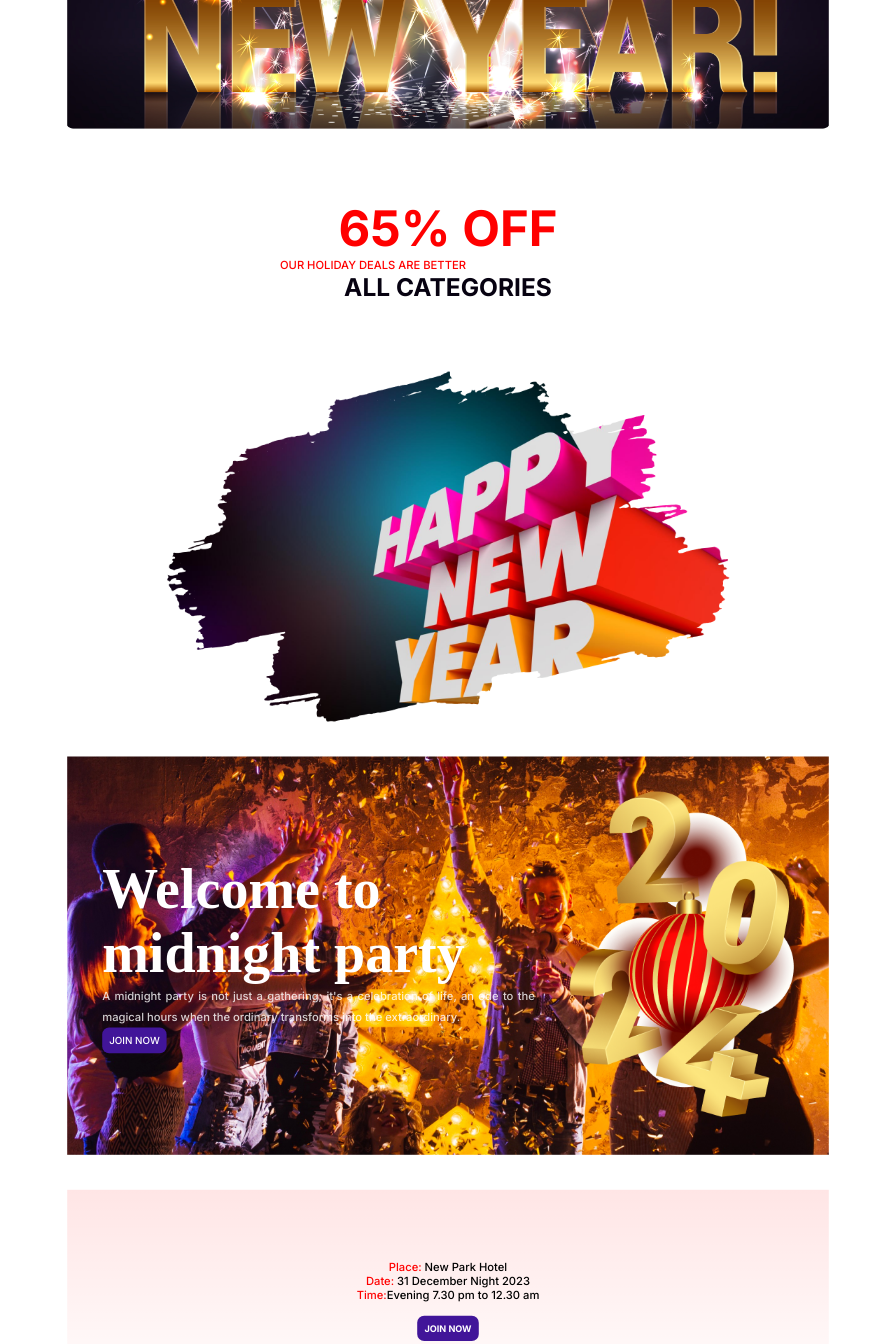
Repository: sumonkumarsarkar/new-year-2024
Page: index.html
The author's editor kept a copy of each file at every save. The page is drawn from the files as they stood at one save, then again after the next save.
The browser window is 1280 px wide. The pictures show the part of the page from y = 364 to 2284 px (the page is 5583 px tall before and 5433 px after), at 70% of full size.

Above is the page before, as saved 2024-01-08 19:37:46.

### index.html
<!DOCTYPE html>
<html lang="en">
  <head>
    <meta charset="UTF-8" />
    <meta name="viewport" content="width=device-width, initial-scale=1.0" />
    <title>Happy Nwe Year-2024</title>
    <link rel="preconnect" href="https://fonts.googleapis.com" />
    <link rel="preconnect" href="https://fonts.gstatic.com" crossorigin />
    <link
      href="https://fonts.googleapis.com/css2?family=Inter:wght@100;200;300;500;600;700&display=swap"
      rel="stylesheet"
    />

    <link rel="stylesheet" href="https://cdnjs.cloudflare.com/ajax/libs/font-awesome/6.5.1/css/all.min.css" integrity="sha512-DTOQO9RWCH3ppGqcWaEA1BIZOC6xxalwEsw9c2QQeAIftl+Vegovlnee1c9QX4TctnWMn13TZye+giMm8e2LwA==" crossorigin="anonymous" referrerpolicy="no-referrer" />
    <link rel="stylesheet" href="/style.css" />
  </head>
  <body>
    <!-- banner-section start  -->
    <header>
      <div class="container banner">
        <div class="heading-text">
          <h4>Happy New Year</h4>
          <h3>New Year Party Celebration</h3>
        </div>
      </div>
    </header>
    <!-- banner-section end  -->

    <!-- holiday deal start  -->
    <section id="holiday-deal">
      <div class="container-holiday">
        <div class="holiday-text">
          <h2>65% OFF</h2>
          <p>OUR HOLIDAY DEALS ARE BETTER</p>
          <h4>ALL CATEGORIES</h4>
        </div>
        <div class="holiday-img">
          <img src="./image/New Year Photo.png" alt="" />
        </div>
      </div>
    </section>
    <!-- holiday deal end  -->

    <section id="midnight-section">
      <div class="container midnight-banner">
        <div class="midnight-content">
          <div class="midnight-text">
            <h3>Welcome to midnight party</h3>
            <p>
                A midnight party is not just a gathering; it's a celebration of life, an ode to the magical hours when the ordinary transforms into the extraordinary.
            </p>
            <button type="button">JOIN NOW</button>
          </div>
          <div class="midmight-img">
            <img src="./image/Group 70.png" alt="" />
          </div>
        </div>
      </div>
    </section>

     <!-- park hotel start  -->
<section id="park-hotel">
    <div class="container park-hotel-text">
     <p>  <span>Place:</span> New Park Hotel</p>
     <p><span>Date:</span> 31 December Night 2023</p>
     <p><span>Time:</span>Evening 7.30 pm to 12.30 am</p>
     <button class="park-hotel-button" type="button">JOIN NOW</button>
    </div>
</section>
 <!-- park hotel end  -->


 <!-- best offer start  -->
 <section id="best-offer">
    <div class="container best-banner">
        <div class="best-offer-text">
            <div class="offer-text">
                <h5>NEW BEST OFFER</h5>
                <h4>Coming Soon</h4>
                <p>As you step into the promising embrace of the new year, let our Best Offer be your guide to a year filled with excitement, luxury, and savings.</p>
            </div>
            <div class="offer-img">
                <img src="./image/Ellipse 1.png" alt="">
            </div>
            <div class="offer-text-img">
                <h3>2024</h3>
                <p>Prioritize your well-being in 2024 with our Wellness and Self-Care Packages</p>
                <img src="./image/Group 96.png" alt="">
            </div>

        </div>
    </div>
 </section>

 <!-- best offer end  -->

 <!-- holiday best offer start  -->

 <section id="holiday-offer">
    <div class="container">
        <div class="holiday-offer-text">
            <h5>WHAT IS FUNCTIONAL</h5>
            <h3><span>Holidays</span> Sale 50%</h3>
            <p>Step into the holiday gatherings in style with our Festive Fashion Flourish. Enjoy a fabulous 50% off on the latest trends in clothing, accessories, and party wear. Whether you're attending a virtual celebration or a cozy family get-together, make a statement with your holiday wardrobe while enjoying significant savings.</p>
        </div>

        <div class="holiday-img">
            <div class="div3">
                <img src="./image/Group 75.png" alt="">
            </div>
            <div class="div1">
                <img src="./image/Group 44.png" alt="">
            </div>
            <div class="div2">
                <img src="./image/Rectangle 1.png" alt="">
            </div>
            <div class="div4">
                <img src="./image/Rectangle 2.png" alt="">
            </div>
        </div>

    </div>
 </section>
 <!-- holiday best offer end  -->

 <!-- portfolio section start  -->

<section id="fortfolio">
    <div class="container">
        <div class="protfolio-text-image">
            <div class="protfolio-text">
                   <h5>THE BEST GIFTS</h5>
                   <h4>Our Awesome  Fashion shop</h4>
                   <p>Great! Based on our fashion shop items, specializing in shoes and bags, how about the name "SoleStyle & Carry Chic"? This name reflects the combination of footwear (sole) and fashionable accessories (carry chic). If you have any specific themes, styles, or preferences, feel free to provide more details for a more personalized suggestion! </p>
            </div>
            <div class="protfolio-image">
                <div class="image-div">
                    <img src="./image/Rectangle 3.png" alt="">
                    <img src="./image/Rectangle 4.png" alt="">
                    <img src="./image/Rectangle 5.png" alt="">
                </div>
                <div class="image-div">
                    <img src="./image/Rectangle 6.png" alt="">
                    <img src="./image/Rectangle 7.png" alt="">
                    <img src="./image/Rectangle 8.png" alt="">
                </div>

            </div>
        </div>
    </div>
</section>
 <!-- portfolio section end -->



 <section id="subscribe">
    <div class="container subscribe-banner">
        <div class="subscribe-content">
           <div class="subscribe-image">
            <img src="./image/Group 61.png" alt="">
           </div>
           <div class="subscribe-text">
            <h3>Subscribe Newsletter</h3>
            <p>As a subscriber, you gain access to exclusive designs and limited editions that are not available to the general public. Be the first to flaunt the latest releases and showcase your fashion-forward sensibilities. With our subscription, you're not just following trends; you're setting them.</p>
           </div>

           <div class="subscribe-input">
            <input  type="email" placeholder="user@gmail.com">
            <button class="subscribe-button" type="submit">subscribe</button>
           </div>
        </div>
    </div>
 </section>

 <footer>
    <div class="footer-cntainer">
        <div class="footer-text">
            <div class="nornal-text">
                <p>44, Big Building Roosevelt Street</p>
                    <p>Beach Gardens Florida 33410</p>
            </div>
            <div class="icon-text">
                <p><span><i class="fa-solid fa-phone"></i></span> +00 123 584 124</p>
                <p><span><i class="fa-solid fa-globe"></i></span>www.website.com</p>
            </div>
        </div>
        <hr>
        <div class="icon-img">
           <img src="./image/Facebook.png" alt="">
           <img src="./image/Instagram.png" alt="">
           <img src="./image/Twitter.png" alt="">
           <img src="./image/Linkedin.png" alt="">
        </div>
       <div class="footer-last-text">
         <p>017, All Rights Reserved</p>
          <p>unsubscribe</p>
       </div>

    </div>
 </footer>


  </body>
</html>

### style.css
* {
    margin: 0;
    padding: 0;
}

body {
    font-family: "Inter", sans-serif;
    width:100%;
    max-width:1320px;
}

/* banner section end  */
.container{
    max-width:1240px;
    width: 85%;
    margin: 50px auto;
}

.banner {
    background-image: url(./image/Banner\ Image.png);
    background-position: center;
    background-repeat: no-repeat;
    background-size: cover;
}

.heading-text {
    text-align: center;
    justify-content: center;
    padding: 177px 300px;
}

.heading-text h3 {
    color: #fff;
    text-align: center;
    font-family: Merriweather;
    font-size: 50px;
    font-style: normal;
    font-weight: 900;
}

.heading-text h4 {
    color: #fff;
    text-align: center;
    font-family: Merriweather;
    font-size: 25px;
    font-style: normal;
    font-weight: 400;
    line-height: normal;
}

/* banner section end  */

/* holiday -section start  */
.container-holiday {

    max-width:680px;
    margin: 0 auto;
}

 .holiday-text {
   text-align:center;
    max-width:680px;
    margin:0 auto;
    padding: 50px 50px;
    margin: 50px;
}

.holiday-text h2 {
    color: #f00;
    text-align: center;
    font-family: Inter;
    font-size: 70px;
    font-style: normal;
    font-weight: 700;
    line-height: normal;
}

.holiday-text p {
    color: #f00;

    text-align: center;
    font-family: Inter;
    font-size: 16px;
    font-style: normal;
    font-weight: 500;
    line-height: normal;
    text-align: justify;
}

.holiday-text h4 {
    color: #070211;

    text-align: center;
    font-family: Inter;
    font-size: 35px;
    font-style: normal;
    font-weight: 700;
    line-height: normal;
}

.holiday-img {
    text-align: center;
    justify-content: center;
    width: 680px;
    height: 500px;
}

/* holiday -section start  */

/* midnight party start  */

.midnight-banner {
    background-image: url("./image/Vectorrr.png");
    background-position: center;
    background-repeat: no-repeat;
    background-size: cover;
}

.midnight-content {
    display: flex;
    justify-content: space-between;
    align-items: center;
}

.midnight-text {
    padding: 50px 0px 50px 50px;
    align-items: center;
}

.midnight-text h3 {
    align-items: center;
    color: #fff;
    font-family: Merriweather;
    font-size: 80px;
    font-style: normal;
    font-weight: 900;


}

.midnight-text p {
color: rgba(255, 255, 255, 0.80);
font-family: Inter;
font-size: 16px;
font-style: normal;
font-weight: 400;
line-height: 30px;
text-align: justify;
}

button {
    color: #FFF;
    text-align:center;
    font-family: Inter;
    font-size: 14px;
    font-style:normal;
    font-weight: 400;
    line-height: normal;
    text-transform:uppercase;
    background:#411599;
    border-radius: 10px;
    border:none;
    padding: 10px 10px;
}
button:hover{
    background: skyblue;
    transition: 1s;

}

.midmight-img{
    padding:50px 50px ;
}

/* midnight party end */




/* park hotel start */

.park-hotel-text{
 background: linear-gradient(180deg, rgba(255, 0, 0, 0.10) 0%, rgba(255, 0, 0, 0.00) 100%);
 text-align: center;
 margin:0 auto;
 padding: 100px 0px;
}

.park-hotel-button{
color: #FFF;
text-align: center;
font-family: Inter;
font-size: 13px;
font-style: normal;
font-weight: 700;
line-height: normal;
text-transform: uppercase;
background:#411599;
margin-top: 20px;


}
/* park hotel end */


/* best offer start  */

.best-offer-text{
    display: flex;
    justify-content: space-between;
    align-items: center;
}
.best-banner{
    background: #FFF;
    margin-top: 50px;
}
.offer-text h5{
color: #F00;
font-family: Inter;
font-size: 16px;
font-style: normal;
font-weight: 500;
line-height: normal;
}
.offer-text h4{
    color: #070211;
    font-family: Merriweather;
    font-size:30px;
    font-style: normal;
    font-weight: 900;
    line-height: normal;
    text-transform: capitalize;
}
.offer-text p{
color: rgba(7, 2, 17, 0.60);
font-family: Inter;
font-size: 16px;
font-style: normal;
font-weight: 400;
padding: 10px 100px 10px 0px;
text-align: justify;

}
.offer-img img{
border-radius:200px;
border: 10px solid #F00;
padding: 10px;
width: 250px;

}
.offer-text-img{
    text-align: center;

}
.offer-text-img h3{
font-size: 48px;
font-style: normal;
font-weight: 700;
line-height: normal;
color: #f00;
padding-bottom: 20px;

}
.offer-text-img p{
    color: rgba(7, 2, 17, 0.60);

    font-family: Inter;
    font-size: 16px;
    font-style: normal;
    font-weight: 400;
    padding-bottom: 20px;
    text-align: justify;

}



/* best offer end */

 /* holiday offer section start  */
.holiday-offer-text{
    text-align: center;
}
.holiday-offer-text h5{
font-size: 16px;
font-style: normal;
font-weight: 500;
line-height: normal;
padding: 5px 200px;
}
.holiday-offer-text h3{
    color: #070211;
    font-family: Merriweather;
    font-size: 40px;
    font-style: normal;
    font-weight: 900;
    line-height: normal;
    padding: 5px 200px;
}
.holiday-offer-text p{
color: rgba(7, 2, 17, 0.60);
text-align: center;
font-family: Inter;
font-size: 16px;
font-style: normal;
font-weight: 500;
padding: 5px 100px;
text-align: justify;
}
span{
    color: #f00;
}

.holiday-img{
display: flex;
position:relative;
}
.holiday-img .div1 img{
position: relative;
z-index: 1;
top:90px;
right:-100px;

}
.holiday-img .div2 img{
    position: absolute;
    width:500px;
    height: 400px;


}
.holiday-img .div3 img{
    position: absolute;
    left:0;
    top:200px;
    width:400px;
    z-index: 1;
}
.holiday-img .div4 img{
    position:absolute;
    left:0;
    top:400px;
    width:995px;
    height: 105px;


}
#holiday-offer{
     margin-bottom: 50px;
}








 /* holiday offer section end  */

/* portfolio section start  */

.protfolio-text h5{
color: #F00;
font-family: Inter;
font-size: 16px;
font-style: normal;
font-weight: 500;
line-height: normal;
margin-bottom: 10px;

}
.protfolio-text h4{
    color: #070211;
    font-family: Merriweather;
    font-size: 30px;
    font-style: normal;
    font-weight: 900;
    line-height: normal;
    text-transform: capitalize;
    margin-bottom: 10px;
}
.protfolio-text p{
color: rgba(7, 2, 17, 0.60);
font-family: Inter;
font-size: 16px;
font-style: normal;
font-weight: 400;
line-height: 32px;
margin-bottom: 10px;
text-align: justify;
}
.image-div{
    display: flex;
    justify-content:space-between;
    margin: 10px 0;

}

.image-div img{
   width:350px;
   height: 350px;

}
/* portfolio section end  */


/* subscribe section start  */

.subscribe-banner{
border-radius:16px;
background: rgba(255, 0, 0, 0.05);

}
.subscribe-content{
padding:100px 0;
text-align: center;
}
.subscribe-text h3{
color: #070211;
text-align: center;
font-family: Merriweather;
font-size:40px;
font-style: normal;
font-weight: 900;
line-height: normal;
text-transform: capitalize;
}
.subscribe-text p{
    color: rgba(7, 2, 17, 0.60);
    text-align: center;
    font-family: Inter;
    font-size: 16px;
    font-style: normal;
    font-weight: 400;
    line-height: 32px;
    padding: 10px 100px;
    text-align: justify;
}

.subscribe-button{
color: #FFF;
text-align: center;
font-family: Inter;
font-size: 18px;
font-style: normal;
font-weight: 600;
line-height: normal;
text-transform: capitalize;
background: #F00;
border-radius:0px 50px 50px 0px;
padding: 13px;

}

.subscribe-input input{
display:inline-block;
border:none;
padding:15px;
width: 250px;
border-radius:50px 0px 0px 50px;
}
/* subscribe section end  */



/* footer section start  */
.footer-cntainer{
    width:100%;
    max-width:1320px;
    background: #070211;


}
.nornal-text p{
font-size: 16px;
font-style: normal;
font-weight: 500;
line-height: 40px;
color: #FFF;
text-align: justify;
}
.footer-text{
    display: flex;
    margin: 0 auto;
    justify-content: space-around;
    padding:50px 100px;


}
.icon-img{
    display: flex;
    justify-content: center;
    align-items: center;
    margin-top:50px;
}
.icon-img img{
    margin: 10px;
}
.icon-text{
 font-size: 16px;
font-style: normal;
font-weight: 500;
line-height: 40px;
color: #FFF;
}

.footer-last-text{
    display: flex;
    justify-content: space-between;
}
.footer-last-text p{
padding: 100px;
font-size: 16px;
font-style: normal;
font-weight: 500;
line-height: normal;
color: #FFF;
text-align: justify;
}
hr{
    width: 50%;
    color: #19065d;
    margin: 0 auto;

}

/* footer section end  */

After the next save:
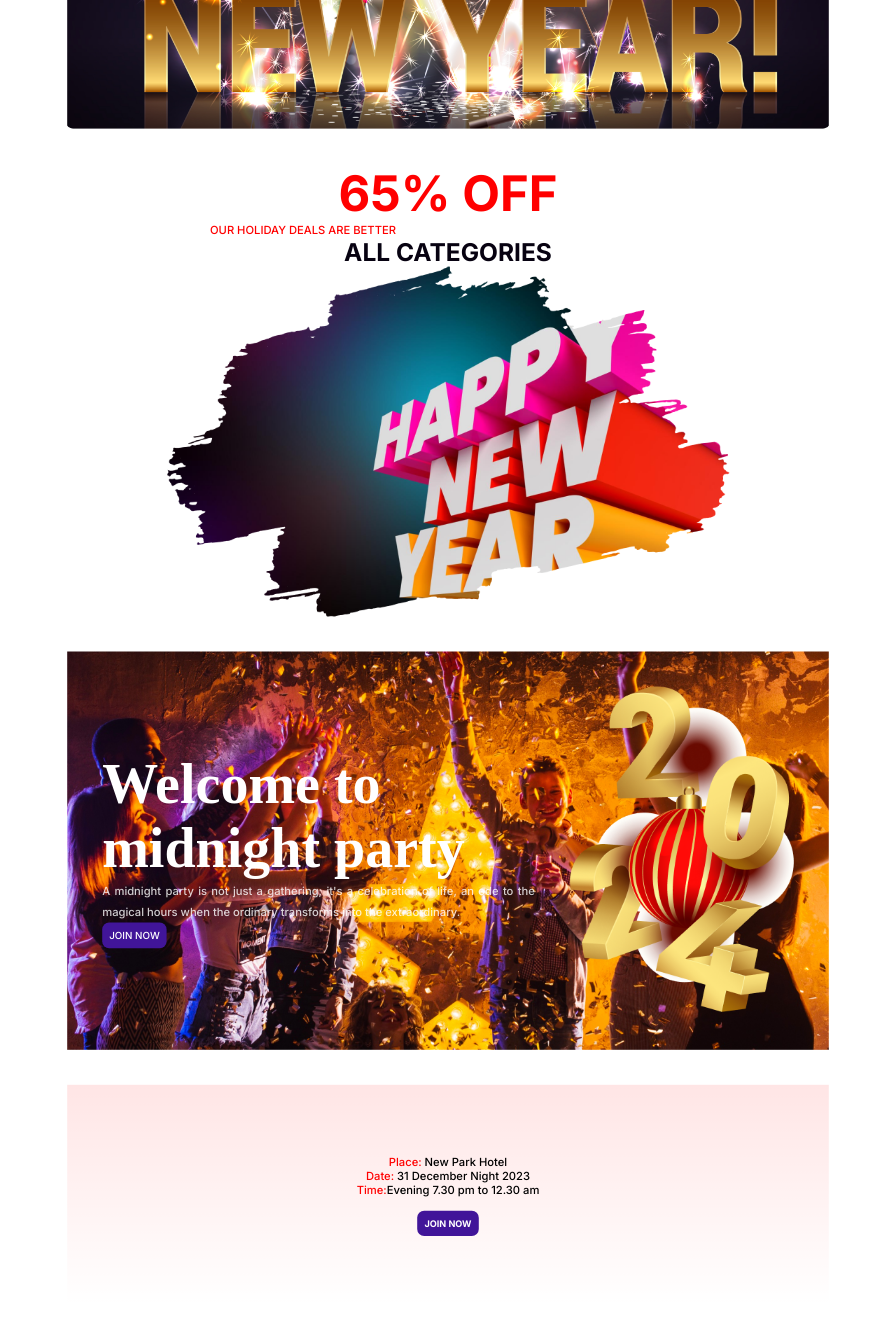
Saved 22 s later.
--- a/style.css
+++ b/style.css
@@ -58,11 +58,11 @@
 }
 
  .holiday-text {
-   text-align:center;
+   /* text-align:center;
     max-width:680px;
     margin:0 auto;
     padding: 50px 50px;
-    margin: 50px;
+    margin: 50px; */
 }
 
 .holiday-text h2 {

After the save that followed:
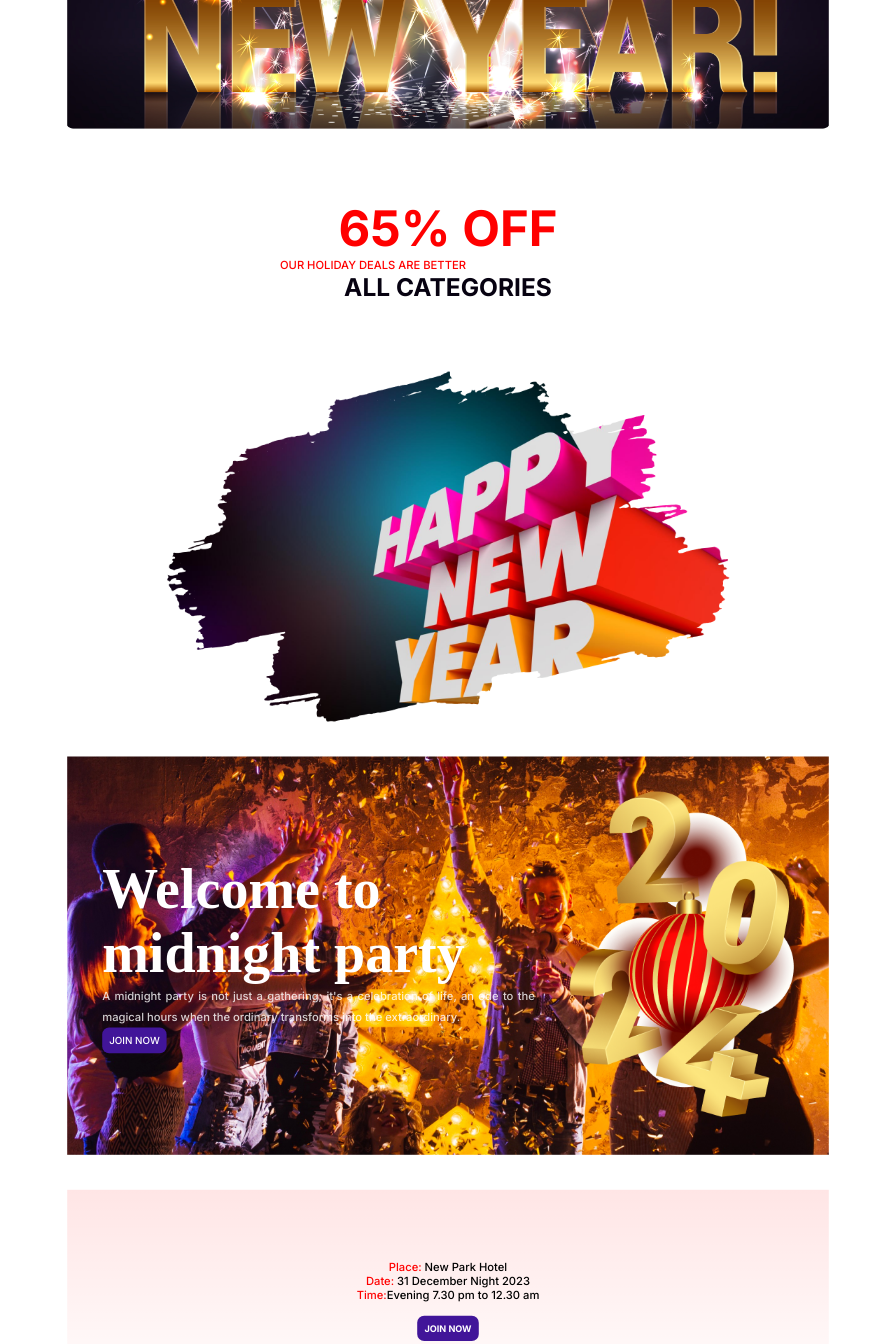
Saved 58 s later.
--- a/style.css
+++ b/style.css
@@ -52,17 +52,16 @@
 
 /* holiday -section start  */
 .container-holiday {
-
-    max-width:680px;
+    width: 85%;
+    max-width: 680px;
     margin: 0 auto;
 }
 
- .holiday-text {
-   /* text-align:center;
-    max-width:680px;
-    margin:0 auto;
+.holiday-text {
+    text-align: center;
+    justify-content: center;
     padding: 50px 50px;
-    margin: 50px; */
+    margin: 50px;
 }
 
 .holiday-text h2 {
